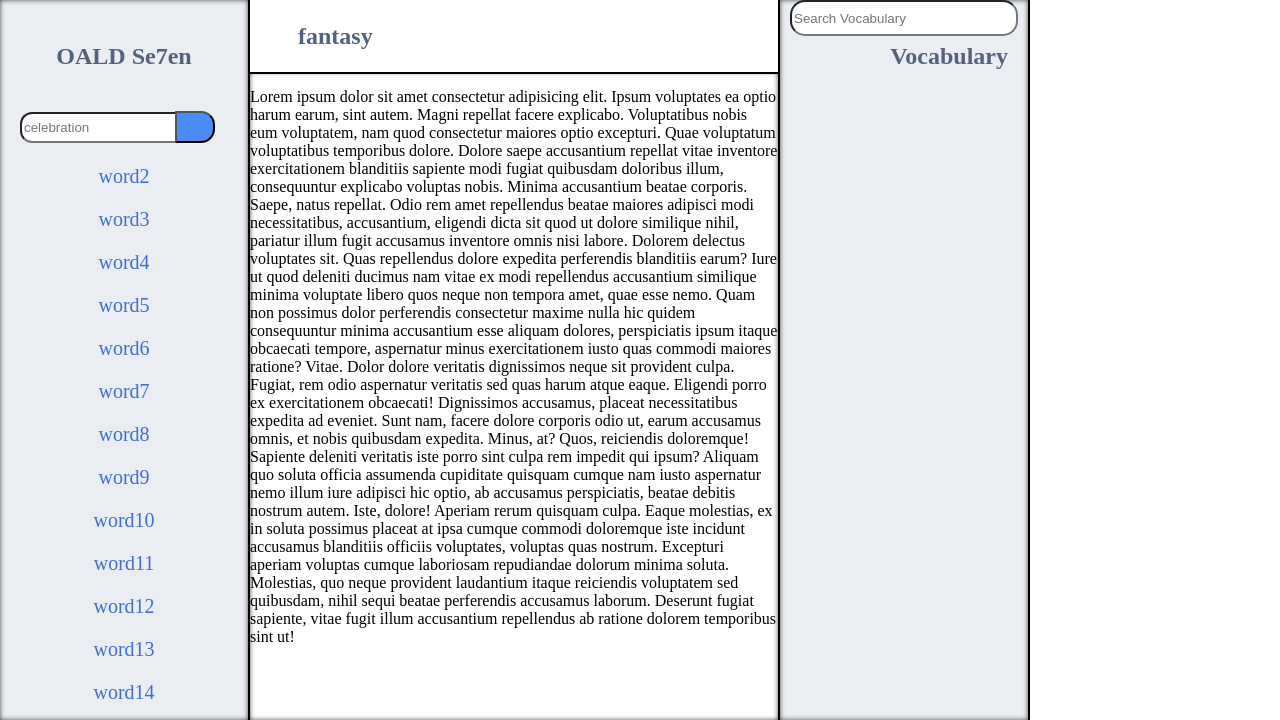
Repository: JJianZ/miao
Page: a.html
The author's editor kept a copy of each file at every save. The page is drawn from the files as they stood at one save, then again after the next save.
The browser window is 1280 px wide. The pictures show the whole page.

Above is the page before, as saved 2021-11-23 10:49:56.

### a.html
<!DOCTYPE html>
<html lang="en">
<head>
  <meta charset="UTF-8">
  <meta http-equiv="X-UA-Compatible" content="IE=edge">
  <meta name="viewport" content="width=device-width, initial-scale=1.0">
  <title>Document</title>
  <style>
    html,body {
      margin: 0;
      padding: 0;
      height: 100%;
    }

    div {
      /* width: 100%; */
      height: 100%;
      position: relative;
      min-width: 300px;
      overflow: auto;
    }
    div > * {
      box-shadow:0px 0px 5px rgba(0,0,0,0.7) inset;
    }
    aside {
      position: absolute;
      width: 250px;
      height: 100%;
      background-color: #eaeef3;
      border-right: black 2px solid;
      box-sizing: border-box;
      overflow: auto;
    }
    h2 {
      position: relative;
      height: 72px;
      line-height: 72px;
      color: #53637d;
    }
    .first h2 {
      text-align: center;
    }
    .first input {
      position: absolute;
      height: 25px;
      width: 150px;
      left: 20px;
      border-radius: 12px 0  0  12px;
    }
    .first button {
      position: absolute;
      background-color: #4a8bf5;
      height: 32px;
      width: 40px;
      top: 111px;
      left: 175px;
      border-radius: 0 14px 14px 0;
    }
    .first ul {
      padding: 0;
      list-style: none;
      font-size: 20px;
      text-align: center;
    }
    .first ul a {
      color: #426dd0;
      text-decoration: none;
      display: inline-block;
      padding: 10px 0;
    }
    .first ul a:hover {
      width: 100%;
      color: black;
      background-color: #bbcee9;
    }
    header {
      position: absolute;
      left: 250px;
      height: 72px;
      right: 500px;
      line-height: 70px;
      border-bottom: black 2px solid;
      border-right: black 2px solid;
      box-shadow: none;
    }
    header h2 {
      left: 2em;
      top: -20px;
    }
    main {
      position: absolute;
      top: 72px;
      left: 250px;
      right: 500px;
      bottom: 0;
      border-right: black 2px solid;
      overflow: auto;
    }
    .second {
      right: 250px;
    }
    .third {
      right: 0px;
    }
    .second h2 {
      position: absolute;
      text-align: right;
      right: 20px;
    }
    .second input {
      position: absolute;
      left:  10px;
      width: 220px;
      height: 30px;
      border-radius: 15px;
    }

    .third {
      left: calc(100% - 250px);
      top: -300%;
    }
    .third h2 {
      position: absolute;
      text-align: right;
      right: 20px;
    }
    .third input {
      position: absolute;
      left:  10px;
      width: 220px;
      height: 30px;
      border-radius: 15px;
    }
  </style>
</head>
<body>
  <div>
    <aside class="first">
      <h2>OALD Se7en</h2>
      <input type="text" placeholder="celebration">
      <button></button>
      <ul>
        <li><a href="#">word1</a></li>
        <li><a href="#">word2</a></li>
        <li><a href="#">word3</a></li>
        <li><a href="#">word4</a></li>
        <li><a href="#">word5</a></li>
        <li><a href="#">word6</a></li>
        <li><a href="#">word7</a></li>
        <li><a href="#">word8</a></li>
        <li><a href="#">word9</a></li>
        <li><a href="#">word10</a></li>
        <li><a href="#">word11</a></li>
        <li><a href="#">word12</a></li>
        <li><a href="#">word13</a></li>
        <li><a href="#">word14</a></li>
        <li><a href="#">word15</a></li>
        <li><a href="#">word16</a></li>
        <li><a href="#">word17</a></li>
        <li><a href="#">word18</a></li>
        <li><a href="#">word19</a></li>
        <li><a href="#">word20</a></li>
        <li><a href="#">word21</a></li>
        <li><a href="#">word22</a></li>
        <li><a href="#">word23</a></li>
        <li><a href="#">word24</a></li>
        <li><a href="#">word25</a></li>
        <li><a href="#">word26</a></li>
        <li><a href="#">word27</a></li>
        <li><a href="#">word28</a></li>
        <li><a href="#">word29</a></li>
        <li><a href="#">word30</a></li>
      </ul>
    </aside>
    <header>
      <h2>fantasy</h2>
    </header>
    <main>
      <p>
        Lorem ipsum dolor sit amet consectetur adipisicing elit. Ipsum voluptates ea optio harum earum, sint autem. Magni repellat facere explicabo. Voluptatibus nobis eum voluptatem, nam quod consectetur maiores optio excepturi.
        Quae voluptatum voluptatibus temporibus dolore. Dolore saepe accusantium repellat vitae inventore exercitationem blanditiis sapiente modi fugiat quibusdam doloribus illum, consequuntur explicabo voluptas nobis. Minima accusantium beatae corporis. Saepe, natus repellat.
        Odio rem amet repellendus beatae maiores adipisci modi necessitatibus, accusantium, eligendi dicta sit quod ut dolore similique nihil, pariatur illum fugit accusamus inventore omnis nisi labore. Dolorem delectus voluptates sit.
        Quas repellendus dolore expedita perferendis blanditiis earum? Iure ut quod deleniti ducimus nam vitae ex modi repellendus accusantium similique minima voluptate libero quos neque non tempora amet, quae esse nemo.
        Quam non possimus dolor perferendis consectetur maxime nulla hic quidem consequuntur minima accusantium esse aliquam dolores, perspiciatis ipsum itaque obcaecati tempore, aspernatur minus exercitationem iusto quas commodi maiores ratione? Vitae.
        Dolor dolore veritatis dignissimos neque sit provident culpa. Fugiat, rem odio aspernatur veritatis sed quas harum atque eaque. Eligendi porro ex exercitationem obcaecati! Dignissimos accusamus, placeat necessitatibus expedita ad eveniet.
        Sunt nam, facere dolore corporis odio ut, earum accusamus omnis, et nobis quibusdam expedita. Minus, at? Quos, reiciendis doloremque! Sapiente deleniti veritatis iste porro sint culpa rem impedit qui ipsum?
        Aliquam quo soluta officia assumenda cupiditate quisquam cumque nam iusto aspernatur nemo illum iure adipisci hic optio, ab accusamus perspiciatis, beatae debitis nostrum autem. Iste, dolore! Aperiam rerum quisquam culpa.
        Eaque molestias, ex in soluta possimus placeat at ipsa cumque commodi doloremque iste incidunt accusamus blanditiis officiis voluptates, voluptas quas nostrum. Excepturi aperiam voluptas cumque laboriosam repudiandae dolorum minima soluta.
        Molestias, quo neque provident laudantium itaque reiciendis voluptatem sed quibusdam, nihil sequi beatae perferendis accusamus laborum. Deserunt fugiat sapiente, vitae fugit illum accusantium repellendus ab ratione dolorem temporibus sint ut!
      </p>
    </main>
    <aside class="second">
      <h2>Vocabulary</h2>
      <input type="text" placeholder="Search Vocabulary">
    </aside>
    <aside class="third">
      <h2>History</h2>
      <input type="text" placeholder="Search History">
    </aside>
  </div>
</body>
</html>

After the next save:
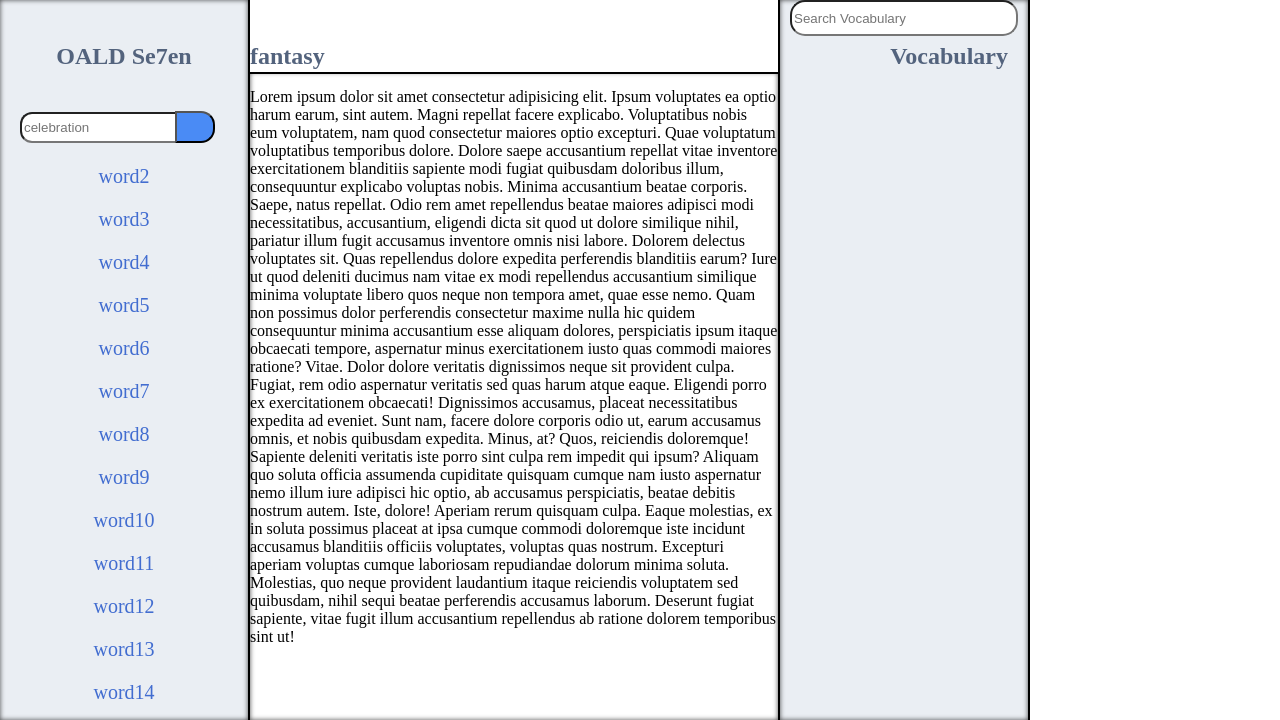
Saved 30 s later.
--- a/a.html
+++ b/a.html
@@ -83,10 +83,10 @@
       border-right: black 2px solid;
       box-shadow: none;
     }
-    header h2 {
+    /* header h2 {
       left: 2em;
       top: -20px;
-    }
+    } */
     main {
       position: absolute;
       top: 72px;
